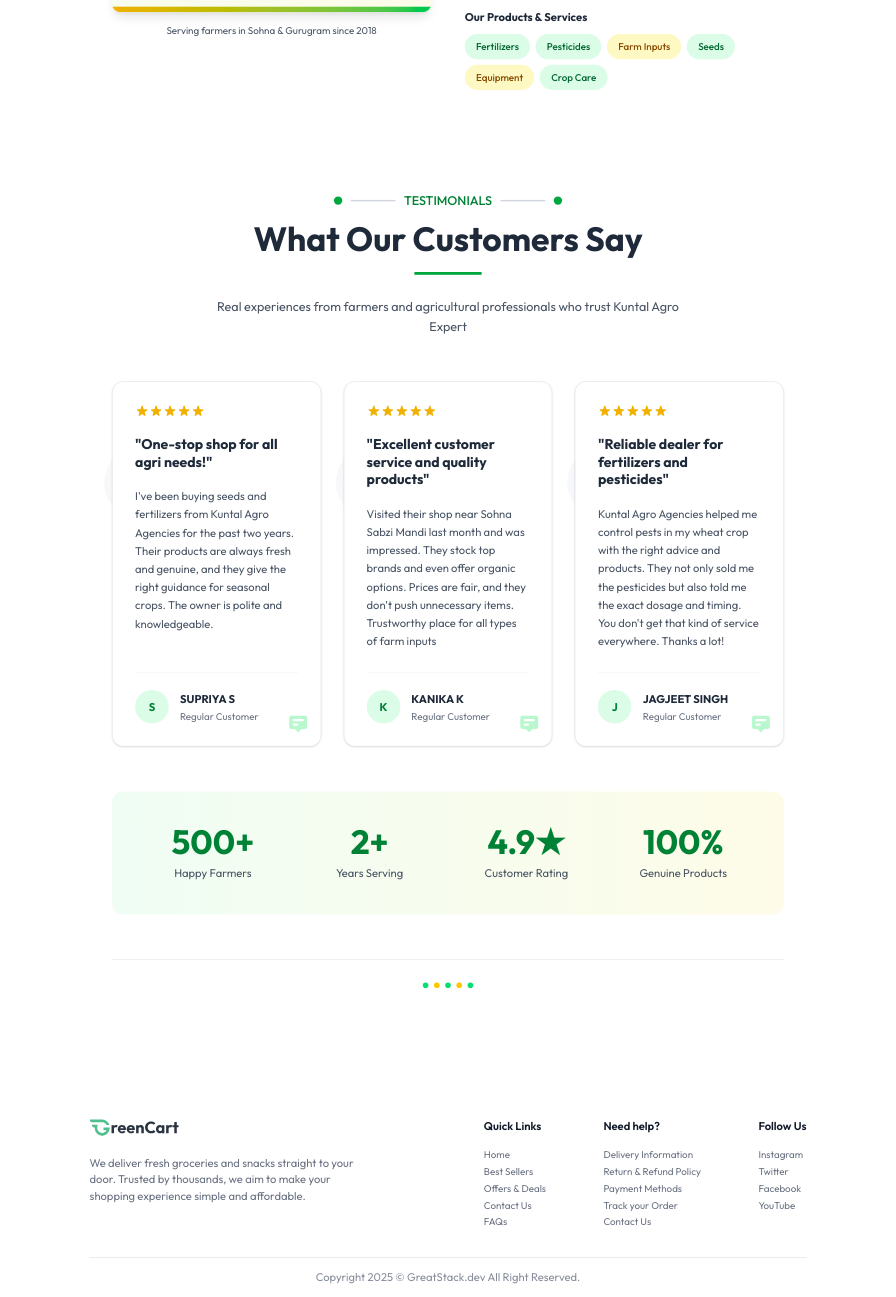
Repository: deepak445566/agro
Page: / (app in client/)
An editor plug-in stored every save of this project. The page is shown before and after a run of saves, followed by the edit.
The browser window is 1280 px wide. The pictures show the part of the page from y = 1371 to 3291 px (the page is 3224 px tall before and 3291 px after), at 70% of full size.
The page's requests for data from a server got no answer. Some web fonts or font styles are not loaded; a fallback is used. The project was rebuilt for these pictures with package versions that can differ from the ones it lists, and the page was loaded fresh each time. No one was signed in, and anything a server would have sent is missing. Also part of the build but not shown: client/vite.config.js, client/src/components/ProductCard.jsx, client/src/components/BottomBanner.jsx, client/src/components/NewsLetter.jsx, client/src/components/Login.jsx, client/src/pages/AllProduct.jsx, client/src/pages/Productcato.jsx, client/src/pages/ProductDetail.jsx and 9 more.

Above is the page before, as saved 2025-12-16 12:40:10.

After the next 2 saves:
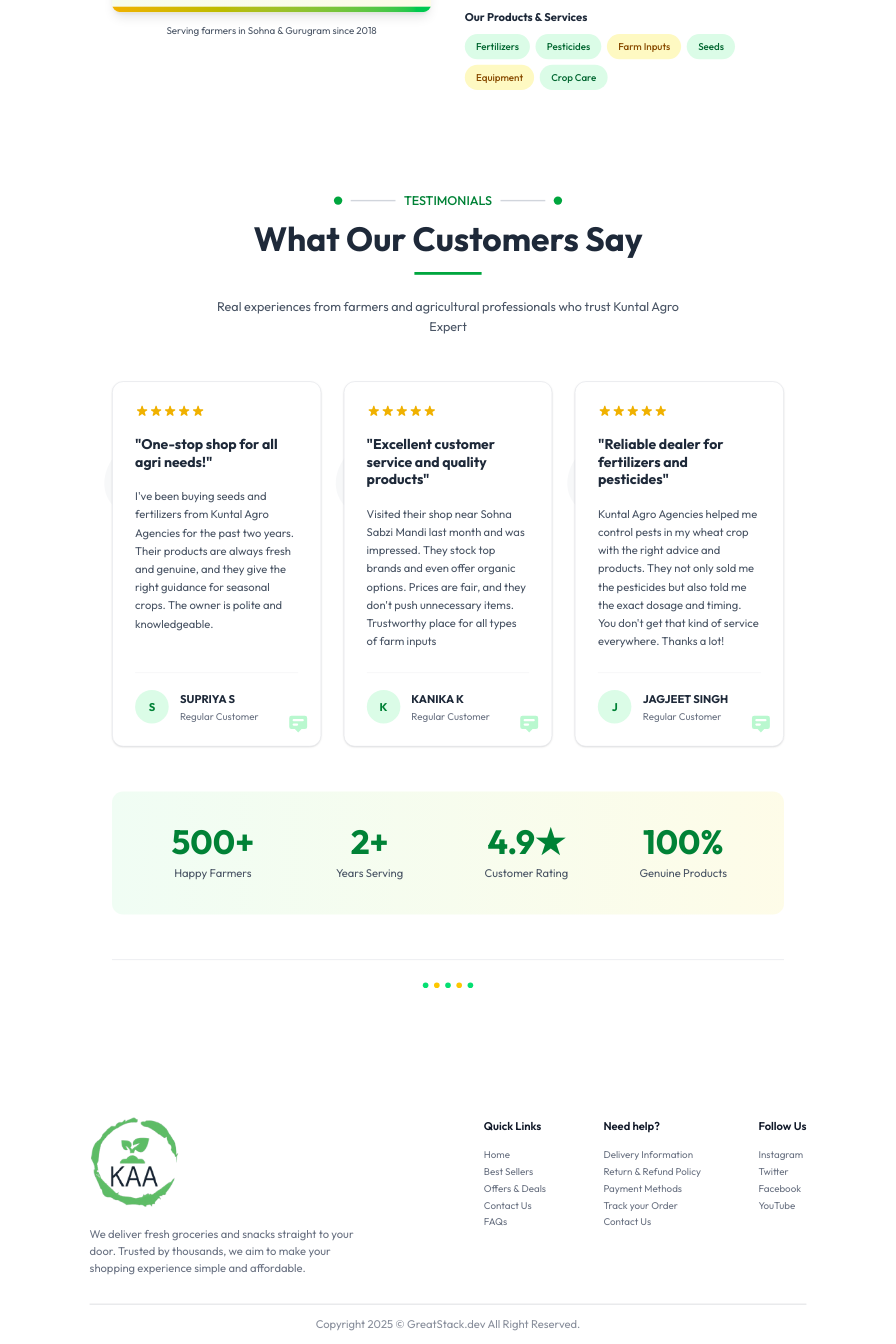
The 2 saves are shown as one change because they came seconds apart.
The last was saved 4 min 24 s later.
--- a/client/src/components/Footer.jsx
+++ b/client/src/components/Footer.jsx
@@ -7,7 +7,7 @@
   <div className="px-6 md:px-16 lg:px-24 xl:px-32 mt-24">
             <div className="flex flex-col md:flex-row items-start justify-between gap-10 py-10 border-b border-gray-500/30 text-gray-500">
                 <div>
-                    <img className="w-34 md:w-32" src={assets.logo} alt="dummyLogoColored" />
+                    <img className="w-34 md:w-32" src="/logo1.png" alt="dummyLogoColored" />
                     <p className="max-w-[410px] mt-6">We deliver fresh groceries and snacks straight to your door. Trusted by thousands, we aim to make your shopping experience simple and affordable.</p>
                 </div>
                 <div className="flex flex-wrap justify-between w-full md:w-[45%] gap-5 ">
